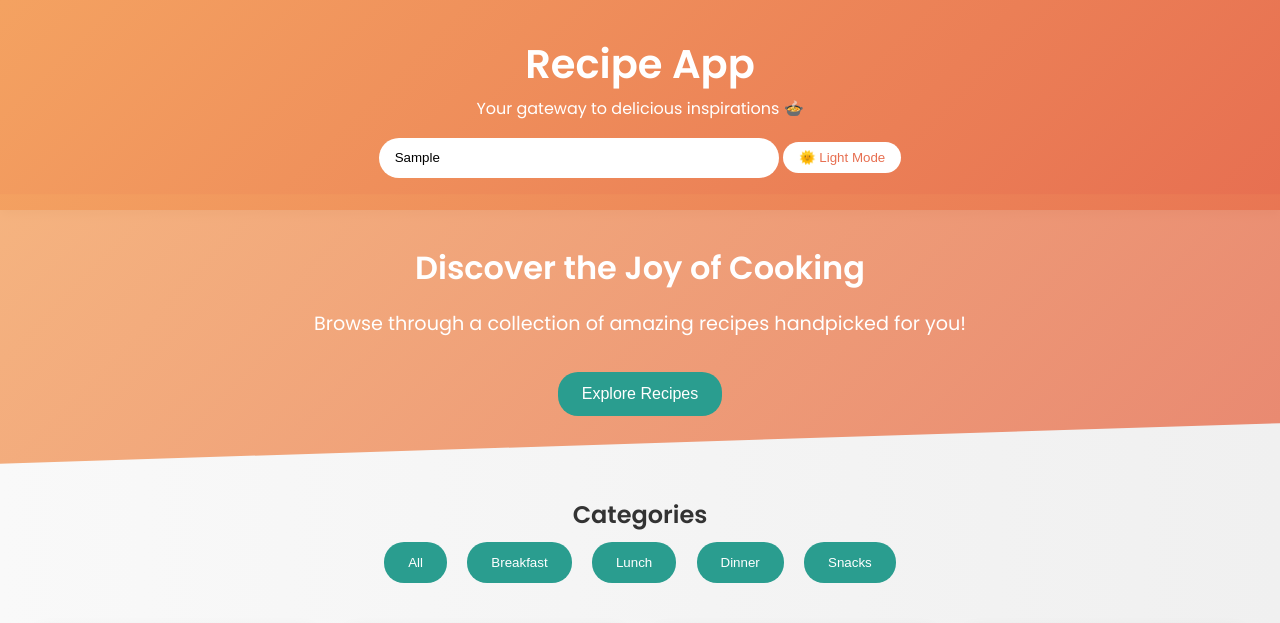
Repository: Patience225/recipe-app
Page: index.html
The author's editor kept a copy of each file at every save. The page is drawn from the files as they stood at one save, then again after a run of saves.
The browser window is 1280 px wide. The pictures show the part of the page from y = 0 to 623 px (the page is 1352 px tall).
Empty fields were first filled with sample values (such as "Sample", 5 or name@example.com).
After loading, the first visible `#theme-toggle` was clicked once.
Pictures or frames that could not be fetched are drawn as grey boxes.

Above is the page before, as saved 2025-01-27 08:37:39.

### index.html
<!DOCTYPE html>
<html lang="en">
<head>
  <meta charset="UTF-8">
  <meta name="viewport" content="width=device-width, initial-scale=1.0">
  <title>Recipe App</title>
  <link href="https://fonts.googleapis.com/css2?family=Poppins:wght@400;600&display=swap" rel="stylesheet">
  <link rel="stylesheet" href="styles.css">
</head>
<body>
  <!-- Header -->
  <header>
    <h1>Recipe App</h1>
    <p>Your gateway to delicious inspirations 🍲</p>
    <input type="text" id="search" placeholder="Search for recipes...">
    <button id="theme-toggle">🌙 Light/Dark Mode</button>
  </header>

  <!-- Hero Section -->
  <section class="hero">
    <h2>Discover the Joy of Cooking</h2>
    <p>Browse through a collection of amazing recipes handpicked for you!</p>
    <button id="explore-btn">Explore Recipes</button>
  </section>

  <!-- Recipe Categories -->
  <section id="categories">
    <h2>Categories</h2>
    <div class="category-buttons">
      <button data-category="All">All</button>
      <button data-category="Breakfast">Breakfast</button>
      <button data-category="Lunch">Lunch</button>
      <button data-category="Dinner">Dinner</button>
      <button data-category="Snacks">Snacks</button>
    </div>
  </section>

  <!-- Recipe Grid -->
  <section id="recipe-list">
    <!-- Dynamic recipe cards will appear here -->
  </section>

  <!-- Footer -->
  <footer>
    <p>&copy; 2025 Recipe App | Made with ❤️ for IT Defense</p>
  </footer>

  <script src="script.js"></script>
</body>
</html>

### styles.css
/* General Reset */
* {
  margin: 0;
  padding: 0;
  box-sizing: border-box;
}

body {
  font-family: 'Poppins', sans-serif;
  background: linear-gradient(to right, #f9f9f9, #f0f0f0);
  color: #333;
  line-height: 1.6;
}

header {
  background: linear-gradient(135deg, #f4a261, #e76f51);
  text-align: center;
  color: white;
  padding: 2rem;
  box-shadow: 0 4px 10px rgba(0, 0, 0, 0.1);
}

header h1 {
  font-size: 2.5rem;
  font-weight: 600;
}

header input {
  margin-top: 1rem;
  padding: 0.8rem 1rem;
  border-radius: 20px;
  border: none;
  outline: none;
  width: 80%;
  max-width: 400px;
}

header #theme-toggle {
  margin-top: 1rem;
  padding: 0.5rem 1rem;
  border: none;
  background: white;
  color: #e76f51;
  border-radius: 20px;
  cursor: pointer;
}

.hero {
  background: linear-gradient(135deg, rgba(244, 162, 97, 0.8), rgba(231, 111, 81, 0.8));
  color: white;
  text-align: center;
  padding: 3rem 2rem;
  margin-top: -1rem;
  clip-path: polygon(0 0, 100% 0, 100% 85%, 0 100%);
}

.hero h2 {
  font-size: 2rem;
  margin-bottom: 1rem;
}

.hero p {
  font-size: 1.2rem;
  margin-bottom: 2rem;
}

.hero button {
  padding: 0.8rem 1.5rem;
  background-color: #2a9d8f;
  color: white;
  border: none;
  border-radius: 20px;
  font-size: 1rem;
  cursor: pointer;
}

#categories {
  margin: 2rem auto;
  text-align: center;
}

.category-buttons button {
  margin: 0.5rem;
  padding: 0.8rem 1.5rem;
  background-color: #2a9d8f;
  color: white;
  border: none;
  border-radius: 20px;
  cursor: pointer;
}

.category-buttons button:hover {
  background-color: #21867a;
}

#recipe-list {
  display: grid;
  grid-template-columns: repeat(auto-fill, minmax(250px, 1fr));
  gap: 1.5rem;
  margin: 2rem;
}

.recipe-card {
  background: rgba(255, 255, 255, 0.7);
  backdrop-filter: blur(10px);
  border-radius: 15px;
  box-shadow: 0 8px 15px rgba(0, 0, 0, 0.1);
  transition: transform 0.3s;
  overflow: hidden;
}

.recipe-card img {
  width: 100%;
  height: 150px;
  object-fit: cover;
}

.recipe-card h3 {
  padding: 1rem;
  font-size: 1.2rem;
}

.recipe-card:hover {
  transform: scale(1.05);
}

footer {
  text-align: center;
  padding: 1.5rem;
  background: #2a9d8f;
  color: white;
  margin-top: 2rem;
}

/* Recipe Card Flip Effect */
.recipe-card {
  position: relative;
  background: rgba(255, 255, 255, 0.7);
  backdrop-filter: blur(10px);
  border-radius: 15px;
  box-shadow: 0 8px 15px rgba(0, 0, 0, 0.1);
  overflow: hidden;
  transition: transform 0.5s;
  transform-style: preserve-3d;
  height: 300px;
}

.recipe-card img {
  width: 100%;
  height: 100%;
  object-fit: cover;
  transition: opacity 0.3s;
}

.recipe-card h3 {
  padding: 1rem;
  font-size: 1.2rem;
  position: absolute;
  bottom: 10px;
  left: 10px;
  z-index: 2;
  color: #fff;
}

/* Flip the card */
.recipe-card:hover {
  transform: rotateY(180deg);
}

/* Back side of the card */
.recipe-card .card-back {
  position: absolute;
  top: 0;
  left: 0;
  right: 0;
  bottom: 0;
  background-color: rgba(0, 0, 0, 0.7);
  color: white;
  display: flex;
  justify-content: center;
  align-items: center;
  transform: rotateY(180deg);
  font-size: 1.1rem;
  padding: 1rem;
}

### script.js
// Sample recipe data
const recipes = [
  {
    id: 1,
    title: "Spaghetti Carbonara",
    category: "Lunch",
    image: "https://source.unsplash.com/400x300/?spaghetti",
  },
  {
    id: 2,
    title: "Pancakes",
    category: "Breakfast",
    image: "https://source.unsplash.com/400x300/?pancakes",
  },
  {
    id: 3,
    title: "Grilled Chicken",
    category: "Dinner",
    image: "https://source.unsplash.com/400x300/?chicken",
  },
  {
    id: 4,
    title: "Fruit Salad",
    category: "Snacks",
    image: "https://source.unsplash.com/400x300/?fruit",
  },
  {
    id: 5,
    title: "Avocado Toast",
    category: "Breakfast",
    image: "https://source.unsplash.com/400x300/?avocado",
  },
];

// DOM Elements
const recipeList = document.getElementById("recipe-list");
const searchInput = document.getElementById("search");
const categoryButtons = document.querySelectorAll(".category-buttons button");

// Function to display recipes
function displayRecipes(recipesToDisplay) {
  recipeList.innerHTML = ""; // Clear the list
  recipesToDisplay.forEach((recipe) => {
    const recipeCard = `
      <div class="recipe-card">
        <img src="${recipe.image}" alt="${recipe.title}">
        <h3>${recipe.title}</h3>
      </div>
    `;
    recipeList.innerHTML += recipeCard;
  });

    recipeList.innerHTML = ""; // Clear the list
    recipesToDisplay.forEach((recipe) => {
      const recipeCard = `
        <div class="recipe-card">
          <img src="${recipe.image}" alt="${recipe.title}">
          <div class="card-back">
            <p>Click for details!</p>
          </div>
          <h3>${recipe.title}</h3>
        </div>
      `;
      recipeList.innerHTML += recipeCard;
    });


}

// Initial display of all recipes
displayRecipes(recipes);

// Filter by category
categoryButtons.forEach((button) => {
  button.addEventListener("click", () => {
    const category = button.getAttribute("data-category");
    if (category === "All") {
      displayRecipes(recipes); // Show all recipes
    } else {
      const filteredRecipes = recipes.filter(
        (recipe) => recipe.category === category
      );
      displayRecipes(filteredRecipes);
    }
  });
});

// Search recipes
searchInput.addEventListener("input", (e) => {
  const query = e.target.value.toLowerCase();
  const filteredRecipes = recipes.filter((recipe) =>
    recipe.title.toLowerCase().includes(query)
  );
  displayRecipes(filteredRecipes);
});

// Toggle Light/Dark Mode
const themeToggleBtn = document.getElementById("theme-toggle");

themeToggleBtn.addEventListener("click", () => {
  document.body.classList.toggle("dark-theme");
  // Change button icon based on the theme
  if (document.body.classList.contains("dark-theme")) {
    themeToggleBtn.textContent = "🌞 Light Mode";
  } else {
    themeToggleBtn.textContent = "🌙 Dark Mode";
  }
});

After the next 2 saves:
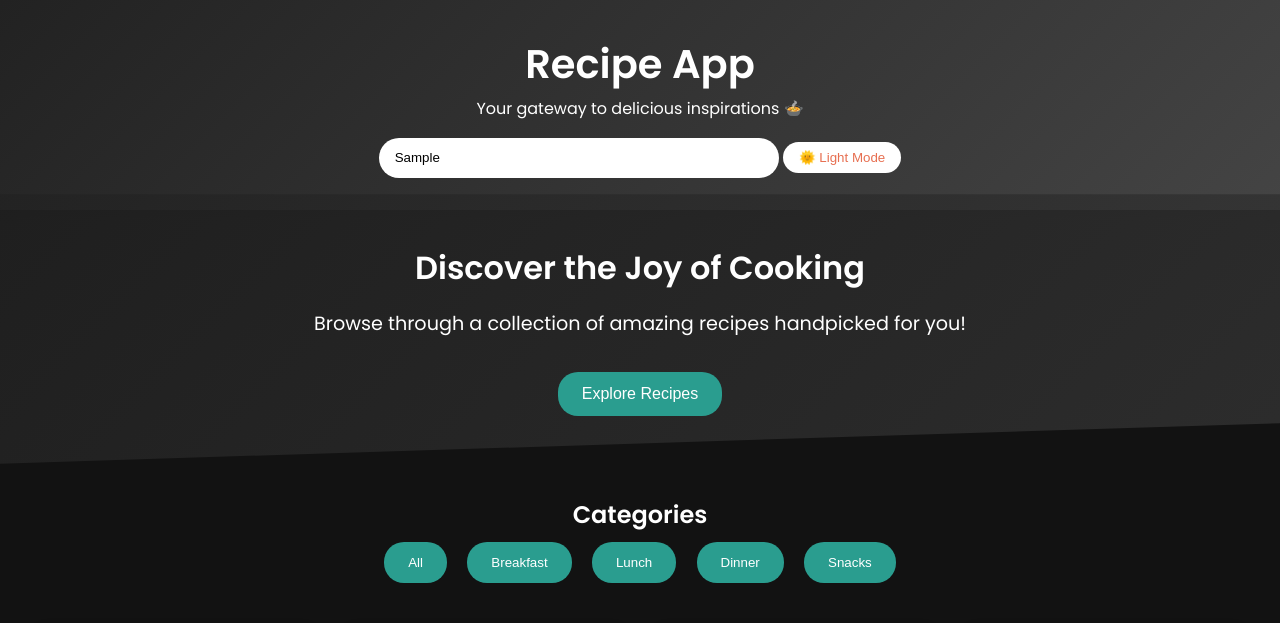
The 2 saves are shown as one change because they came seconds apart.
The last was saved 57 s later.
--- a/styles.css
+++ b/styles.css
@@ -183,3 +183,25 @@ footer {
   font-size: 1.1rem;
   padding: 1rem;
 }
+
+/* Dark Theme Styles */
+body.dark-theme {
+  background: #121212;
+  color: white;
+}
+
+body.dark-theme header {
+  background: linear-gradient(135deg, #222, #444);
+}
+
+body.dark-theme .hero {
+  background: linear-gradient(135deg, rgba(34, 34, 34, 0.8), rgba(51, 51, 51, 0.8));
+}
+
+body.dark-theme .recipe-card {
+  background: rgba(0, 0, 0, 0.7);
+}
+
+body.dark-theme footer {
+  background: #333;
+}
